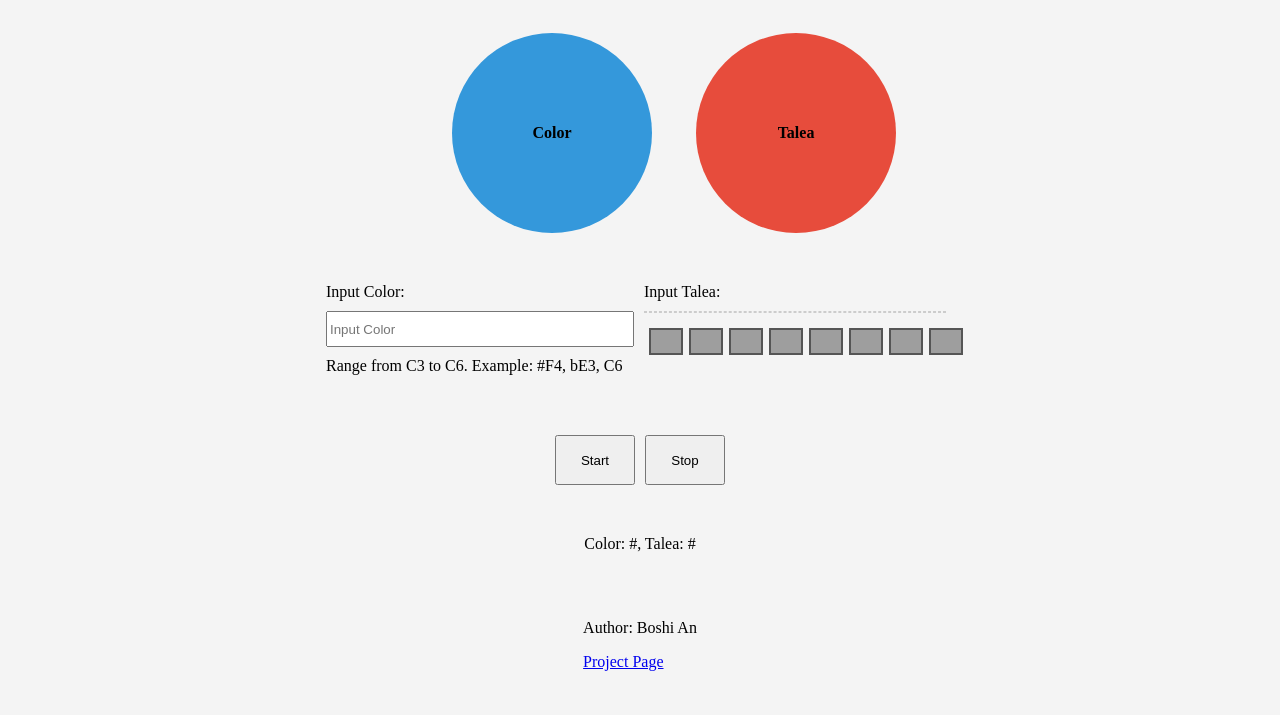
Repository: boshi-an/Isorhythm
Page: .vscode/Isorhythm/index.html
These files come from the project's save history. The page is drawn as it stood at one moment and after the next save; the edit follows.
The browser window is 1280 px wide. The pictures show the whole page.
Pictures or frames that could not be fetched are drawn as grey boxes.

Above is the page before, as saved 2023-10-21 00:39:38.

After the next save:
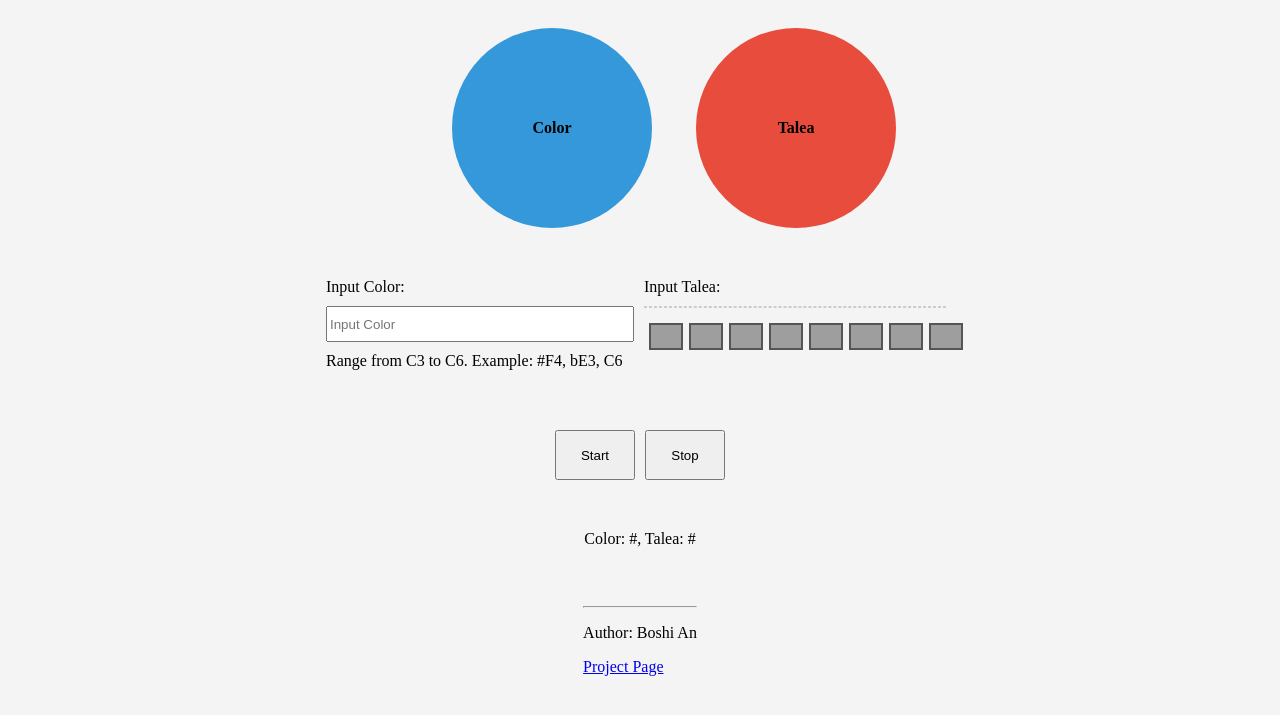
Saved 2 min 42 s later.
--- a/.vscode/Isorhythm/index.html
+++ b/.vscode/Isorhythm/index.html
@@ -49,6 +49,7 @@
         Color: #, Talea: #
     </div>
     <div class="footer">
+        <hr class="solid">
         <p>Author: Boshi An</p>
         <p><a href="https://github.com/boshi-an/Isorhythm">Project Page</a></p>
     </div>
